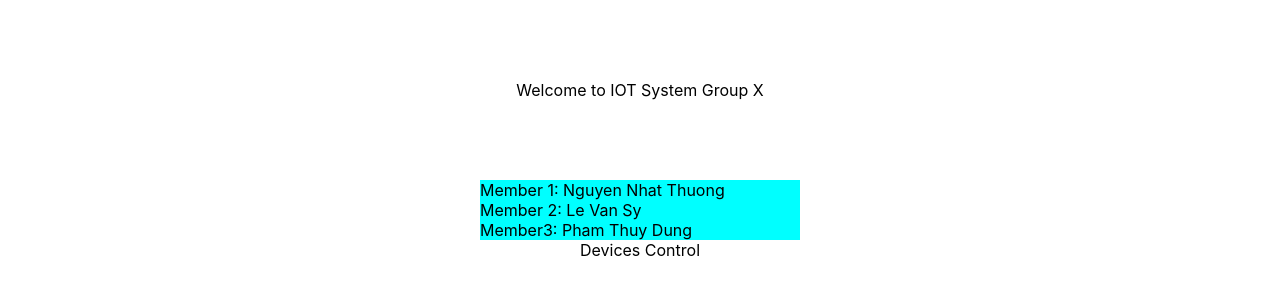
Repository: ngnhthuong/IOT_LAB
Page: /
An editor plug-in stored every save of this project. The page is shown before and after the next save, followed by the edit.
The browser window is 1280 px wide. The pictures show the whole page.
The project was rebuilt for these pictures with package versions that can differ from the ones it lists, and the page was loaded fresh each time.

Above is the page before, as saved 2024-04-23 14:36:32.

After the next save:
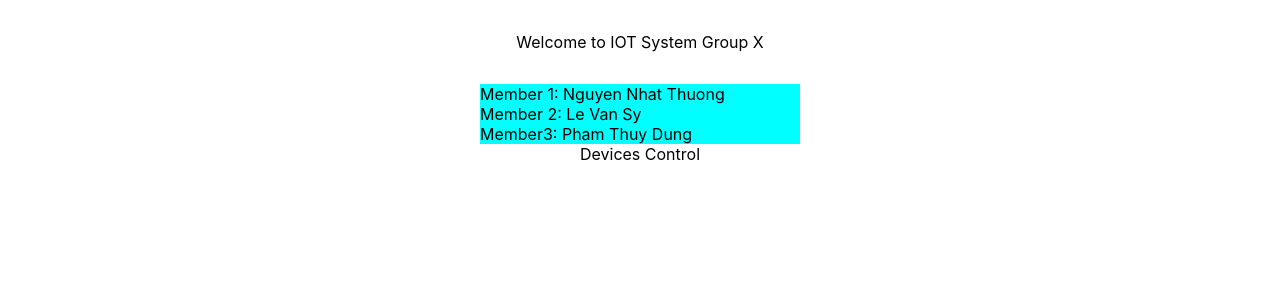
Saved 28 s later.
--- a/src/App.css
+++ b/src/App.css
@@ -16,7 +16,7 @@
 .welcome-name{
   display: flex;
   justify-content: center;
-  padding: 5rem;
+  padding: 2rem;
 }
 
 .member-name{
